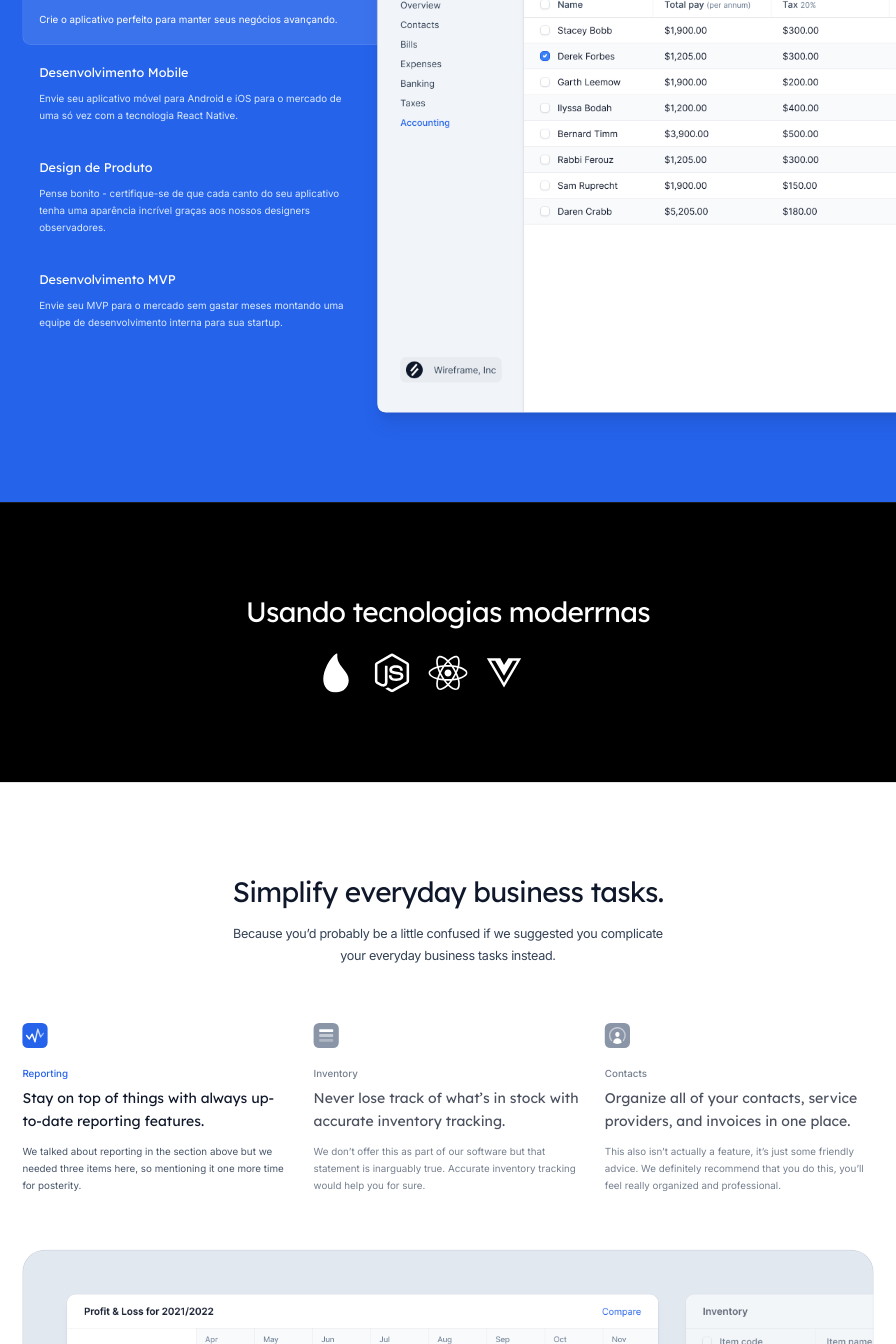
Repository: LuisSempre/imaginative
Page: /
The author's editor kept a copy of each file at every save. The page is drawn from the files as they stood at one save, then again after the next save.
The browser window is 1280 px wide. The pictures show the part of the page from y = 2346 to 4266 px (the page is 10318 px tall), at 70% of full size.
The project was rebuilt for these pictures with package versions that can differ from the ones it lists, and the page was loaded fresh each time. The framework's server and built-in components were replaced by stand-ins that run in the browser. Also part of the build but not shown: next.config.js.

Above is the page before, as saved 2022-07-15 11:58:24.

### src/pages/index.jsx
import Head from 'next/head'

import { CallToAction } from '@/components/CallToAction'
import { Faqs } from '@/components/Faqs'
import { Footer } from '@/components/Footer'
import { Header } from '@/components/Header'
import { Hero } from '@/components/Hero'
import { Contact } from '@/components/Contact'
import { PrimaryFeatures } from '@/components/PrimaryFeatures'
import { SecondaryFeatures } from '@/components/SecondaryFeatures'
import { Testimonials } from '@/components/Testimonials'
import { Tecnology } from '@/components/Tecnology'

export default function Home() {
  return (
    <>
      <Head>
        <title>TaxPal - Accounting made simple for small businesses</title>
        <meta
          name="description"
          content="Most bookkeeping software is accurate, but hard to use. We make the opposite trade-off, and hope you don’t get audited."
        />
      </Head>
      <Header />
      <main>
        <Hero />
        <PrimaryFeatures />
        <Tecnology />
        <SecondaryFeatures />
        <CallToAction />
        <Testimonials />
        <Contact />
        <Faqs />
      </main>
      <Footer />
    </>
  )
}

### src/components/CallToAction.jsx
import Image from 'next/future/image'

import { Button } from '@/components/Button'
import { Container } from '@/components/Container'
import backgroundImage from '@/images/background-call-to-action.jpg'

export function CallToAction() {
  return (
    <section
      id="get-started-today"
      className="relative overflow-hidden bg-blue-600 py-32"
    >
      <Image
        className="absolute top-1/2 left-1/2 max-w-none -translate-x-1/2 -translate-y-1/2"
        src={backgroundImage}
        alt=""
        width={2347}
        height={1244}
        unoptimized
      />
      <Container className="relative">
        <div className="mx-auto max-w-lg text-center">
          <h2 className="font-display text-3xl tracking-tight text-white sm:text-4xl">
            Get started today
          </h2>
          <p className="mt-4 text-lg tracking-tight text-white">
            It’s time to take control of your books. Buy our software so you can
            feel like you’re doing something productive.
          </p>
          <Button href="/register" color="white" className="mt-10">
            Get 6 months free
          </Button>
        </div>
      </Container>
    </section>
  )
}

### src/components/Faqs.jsx
import Image from 'next/future/image'

import { Container } from '@/components/Container'
import backgroundImage from '@/images/background-faqs.jpg'

const faqs = [
  [
    {
      question: 'Does TaxPal handle VAT?',
      answer:
        'Well no, but if you move your company offshore you can probably ignore it.',
    },
    {
      question: 'Can I pay for my subscription via purchase order?',
      answer: 'Absolutely, we are happy to take your money in all forms.',
    },
    {
      question: 'How do I apply for a job at TaxPal?',
      answer:
        'We only hire our customers, so subscribe for a minimum of 6 months and then let’s talk.',
    },
  ],
  [
    {
      question: 'What was that testimonial about tax fraud all about?',
      answer:
        'TaxPal is just a software application, ultimately your books are your responsibility.',
    },
    {
      question:
        'TaxPal sounds horrible but why do I still feel compelled to purchase?',
      answer:
        'This is the power of excellent visual design. You just can’t resist it, no matter how poorly it actually functions.',
    },
    {
      question:
        'I found other companies called TaxPal, are you sure you can use this name?',
      answer:
        'Honestly not sure at all. We haven’t actually incorporated or anything, we just thought it sounded cool and made this website.',
    },
  ],
  [
    {
      question: 'How do you generate reports?',
      answer:
        'You just tell us what data you need a report for, and we get our kids to create beautiful charts for you using only the finest crayons.',
    },
    {
      question: 'Can we expect more inventory features?',
      answer: 'In life it’s really better to never expect anything at all.',
    },
    {
      question: 'I lost my password, how do I get into my account?',
      answer:
        'Send us an email and we will send you a copy of our latest password spreadsheet so you can find your information.',
    },
  ],
]

export function Faqs() {
  return (
    <section
      id="faq"
      aria-labelledby="faq-title"
      className="relative overflow-hidden bg-slate-50 py-20 sm:py-32"
    >
      <Image
        className="absolute top-0 left-1/2 max-w-none translate-x-[-30%] -translate-y-1/4"
        src={backgroundImage}
        alt=""
        width={1558}
        height={946}
        unoptimized
      />
      <Container className="relative">
        <div className="mx-auto max-w-2xl lg:mx-0">
          <h2
            id="faq-title"
            className="font-display text-3xl tracking-tight text-slate-900 sm:text-4xl"
          >
            Frequently asked questions
          </h2>
          <p className="mt-4 text-lg tracking-tight text-slate-700">
            If you can’t find what you’re looking for, email our support team
            and if you’re lucky someone will get back to you.
          </p>
        </div>
        <ul
          role="list"
          className="mx-auto mt-16 grid max-w-2xl grid-cols-1 gap-8 lg:max-w-none lg:grid-cols-3"
        >
          {faqs.map((column, columnIndex) => (
            <li key={columnIndex}>
              <ul role="list" className="flex flex-col gap-y-8">
                {column.map((faq, faqIndex) => (
                  <li key={faqIndex}>
                    <h3 className="font-display text-lg leading-7 text-slate-900">
                      {faq.question}
                    </h3>
                    <p className="mt-4 text-sm text-slate-700">{faq.answer}</p>
                  </li>
                ))}
              </ul>
            </li>
          ))}
        </ul>
      </Container>
    </section>
  )
}

### src/components/Footer.jsx
import Link from 'next/link'

import { Container } from '@/components/Container'
import { Logo } from '@/components/Logo'
import { NavLink } from '@/components/NavLink'

export function Footer() {
  return (
    <footer className="bg-slate-50">
      <Container>
        <div className="py-16">
          <Logo className="mx-auto h-10 w-auto" />
          <nav className="mt-10 text-sm" aria-label="quick links">
            <div className="-my-1 flex justify-center gap-x-6">
              <NavLink href="#features">Features</NavLink>
              <NavLink href="#testimonials">Testimonials</NavLink>
              <NavLink href="#pricing">Pricing</NavLink>
            </div>
          </nav>
        </div>
        <div className="flex flex-col items-center border-t border-slate-400/10 py-10 sm:flex-row-reverse sm:justify-between">
          <div className="flex gap-x-6">
            <Link
              href="https://twitter.com"
              className="group"
              aria-label="TaxPal on Twitter"
            >
              <svg
                aria-hidden="true"
                className="h-6 w-6 fill-slate-500 group-hover:fill-slate-700"
              >
                <path d="M8.29 20.251c7.547 0 11.675-6.253 11.675-11.675 0-.178 0-.355-.012-.53A8.348 8.348 0 0 0 22 5.92a8.19 8.19 0 0 1-2.357.646 4.118 4.118 0 0 0 1.804-2.27 8.224 8.224 0 0 1-2.605.996 4.107 4.107 0 0 0-6.993 3.743 11.65 11.65 0 0 1-8.457-4.287 4.106 4.106 0 0 0 1.27 5.477A4.073 4.073 0 0 1 2.8 9.713v.052a4.105 4.105 0 0 0 3.292 4.022 4.093 4.093 0 0 1-1.853.07 4.108 4.108 0 0 0 3.834 2.85A8.233 8.233 0 0 1 2 18.407a11.615 11.615 0 0 0 6.29 1.84" />
              </svg>
            </Link>
            <Link
              href="https://github.com"
              className="group"
              aria-label="TaxPal on GitHub"
            >
              <svg
                aria-hidden="true"
                className="h-6 w-6 fill-slate-500 group-hover:fill-slate-700"
              >
                <path d="M12 2C6.477 2 2 6.484 2 12.017c0 4.425 2.865 8.18 6.839 9.504.5.092.682-.217.682-.483 0-.237-.008-.868-.013-1.703-2.782.605-3.369-1.343-3.369-1.343-.454-1.158-1.11-1.466-1.11-1.466-.908-.62.069-.608.069-.608 1.003.07 1.531 1.032 1.531 1.032.892 1.53 2.341 1.088 2.91.832.092-.647.35-1.088.636-1.338-2.22-.253-4.555-1.113-4.555-4.951 0-1.093.39-1.988 1.029-2.688-.103-.253-.446-1.272.098-2.65 0 0 .84-.27 2.75 1.026A9.564 9.564 0 0 1 12 6.844a9.59 9.59 0 0 1 2.504.337c1.909-1.296 2.747-1.027 2.747-1.027.546 1.379.202 2.398.1 2.651.64.7 1.028 1.595 1.028 2.688 0 3.848-2.339 4.695-4.566 4.943.359.309.678.92.678 1.855 0 1.338-.012 2.419-.012 2.747 0 .268.18.58.688.482A10.02 10.02 0 0 0 22 12.017C22 6.484 17.522 2 12 2Z" />
              </svg>
            </Link>
          </div>
          <p className="mt-6 text-sm text-slate-500 sm:mt-0">
            Copyright &copy; {new Date().getFullYear()} TaxPal. All rights
            reserved.
          </p>
        </div>
      </Container>
    </footer>
  )
}

### src/components/Header.jsx
import { Fragment } from 'react'
import Link from 'next/link'
import { Popover, Transition } from '@headlessui/react'
import clsx from 'clsx'
import { Container } from '@/components/Container'
import { Logo } from '@/components/Logo'
import { NavLink } from '@/components/NavLink'

function MobileNavLink({ href, children }) {
  return (
    <Popover.Button as={Link} href={href} className="block w-full p-2">
      {children}
    </Popover.Button>
  )
}

function MobileNavIcon({ open }) {
  return (
    <svg
      aria-hidden="true"
      className="h-3.5 w-3.5 overflow-visible stroke-slate-700"
      fill="none"
      strokeWidth={2}
      strokeLinecap="round"
    >
      <path
        d="M0 1H14M0 7H14M0 13H14"
        className={clsx(
          'origin-center transition',
          open && 'scale-90 opacity-0'
        )}
      />
      <path
        d="M2 2L12 12M12 2L2 12"
        className={clsx(
          'origin-center transition',
          !open && 'scale-90 opacity-0'
        )}
      />
    </svg>
  )
}

function MobileNavigation() {
  return (
    <Popover>
      <Popover.Button
        className="relative z-10 flex h-8 w-8 items-center justify-center [&:not(:focus-visible)]:focus:outline-none"
        aria-label="Toggle Navigation"
      >
        {({ open }) => <MobileNavIcon open={open} />}
      </Popover.Button>
      <Transition.Root>
        <Transition.Child
          as={Fragment}
          enter="duration-150 ease-out"
          enterFrom="opacity-0"
          enterTo="opacity-100"
          leave="duration-150 ease-in"
          leaveFrom="opacity-100"
          leaveTo="opacity-0"
        >
          <Popover.Overlay className="fixed inset-0 bg-slate-300/50" />
        </Transition.Child>
        <Transition.Child
          as={Fragment}
          enter="duration-150 ease-out"
          enterFrom="opacity-0 scale-95"
          enterTo="opacity-100 scale-100"
          leave="duration-100 ease-in"
          leaveFrom="opacity-100 scale-100"
          leaveTo="opacity-0 scale-95"
        >
          <Popover.Panel
            as="div"
            className="absolute inset-x-0 flex flex-col p-4 mt-4 text-lg tracking-tight origin-top bg-white shadow-xl top-full rounded-2xl text-slate-900 ring-1 ring-slate-900/5"
          >
            <MobileNavLink href="#services">Serviços</MobileNavLink>
            <MobileNavLink href="#portifolio">Portfólio</MobileNavLink>
            <MobileNavLink href="#sobre">Sobre</MobileNavLink>
          </Popover.Panel>
        </Transition.Child>
      </Transition.Root>
    </Popover>
  )
}

export function Header() {
  return (
    <header className="py-10">
      <Container>
        <nav className="relative z-50 flex justify-between">
          <div className="flex items-center md:gap-x-12">
            <Link href="#" aria-label="Home">
              <Logo className="w-auto h-10" />
            </Link>
          </div>
          <div className="flex items-center gap-x-5 md:gap-x-8">
            <div className="hidden md:flex">
              <NavLink href="#services">Serviços</NavLink>
              <NavLink href="#portifolio">Portfólio</NavLink>
              <NavLink href="#sobre">Sobre</NavLink>
            </div>
            <div className="-mr-1 md:hidden">
              <MobileNavigation />
            </div>
          </div>
        </nav>
      </Container>
    </header>
  )
}

### src/components/Hero.jsx
import Image from 'next/future/image'

import { Button } from '@/components/Button'
import { Container } from '@/components/Container'
import logoLaravel from '@/images/logos/laravel.svg'
import logoMirage from '@/images/logos/mirage.svg'
import logoStatamic from '@/images/logos/statamic.svg'
import logoStaticKit from '@/images/logos/statickit.svg'
import logoTransistor from '@/images/logos/transistor.svg'
import logoTuple from '@/images/logos/tuple.svg'

export function Hero() {
  return (
    <Container className="pt-20 pb-16 text-center lg:pt-32">
      <h1 className="max-w-4xl mx-auto text-5xl font-medium tracking-tight font-display text-slate-900 sm:text-7xl">
        Construindo{' '}
        <span className="relative text-blue-500 whitespace-nowrap">
          <svg
            aria-hidden="true"
            viewBox="0 0 418 42"
            className="absolute top-2/3 left-0 h-[0.58em] w-full fill-blue-300/70"
            preserveAspectRatio="none"
          >
            <path d="M203.371.916c-26.013-2.078-76.686 1.963-124.73 9.946L67.3 12.749C35.421 18.062 18.2 21.766 6.004 25.934 1.244 27.561.828 27.778.874 28.61c.07 1.214.828 1.121 9.595-1.176 9.072-2.377 17.15-3.92 39.246-7.496C123.565 7.986 157.869 4.492 195.942 5.046c7.461.108 19.25 1.696 19.17 2.582-.107 1.183-7.874 4.31-25.75 10.366-21.992 7.45-35.43 12.534-36.701 13.884-2.173 2.308-.202 4.407 4.442 4.734 2.654.187 3.263.157 15.593-.78 35.401-2.686 57.944-3.488 88.365-3.143 46.327.526 75.721 2.23 130.788 7.584 19.787 1.924 20.814 1.98 24.557 1.332l.066-.011c1.201-.203 1.53-1.825.399-2.335-2.911-1.31-4.893-1.604-22.048-3.261-57.509-5.556-87.871-7.36-132.059-7.842-23.239-.254-33.617-.116-50.627.674-11.629.54-42.371 2.494-46.696 2.967-2.359.259 8.133-3.625 26.504-9.81 23.239-7.825 27.934-10.149 28.304-14.005.417-4.348-3.529-6-16.878-7.066Z" />
          </svg>
          <span className="relative">software inovador</span>
        </span>{' '}
        para você crescer.
      </h1>
      <p className="max-w-2xl mx-auto mt-6 text-xl tracking-tight text-slate-700">
        Desenvolvimento de aplicativos web e mobile
      </p>
      <div className="flex justify-center mt-10 gap-x-6">
        <Button className="px-12 py-4 text-xl" href="#contato">
          Entre em contato
        </Button>
      </div>
      <div className="mt-36 lg:mt-44">
        <p className="text-base font-display text-slate-900">
         Confiado por empresas inovadoras
        </p>
        <ul
          role="list"
          className="flex items-center justify-center mt-8 gap-x-8 sm:flex-col sm:gap-x-0 sm:gap-y-10 xl:flex-row xl:gap-x-12 xl:gap-y-0"
        >
          {[
            [
              { name: 'Transistor', logo: logoTransistor },
              { name: 'Tuple', logo: logoTuple },
              { name: 'StaticKit', logo: logoStaticKit },
            ],
            [
              { name: 'Mirage', logo: logoMirage },
              { name: 'Laravel', logo: logoLaravel },
              { name: 'Statamic', logo: logoStatamic },
            ],
          ].map((group, groupIndex) => (
            <li key={groupIndex}>
              <ul
                role="list"
                className="flex flex-col items-center gap-y-8 sm:flex-row sm:gap-x-12 sm:gap-y-0"
              >
                {group.map((company) => (
                  <li key={company.name} className="flex">
                    <Image src={company.logo} alt={company.name} unoptimized />
                  </li>
                ))}
              </ul>
            </li>
          ))}
        </ul>
      </div>
    </Container>
  )
}

### src/components/Tecnology.jsx
import { Container } from '@/components/Container'
import { FaReact, FaVuejs, FaNodeJs } from 'react-icons/fa'
import { SiElixir, SiTypescript } from 'react-icons/si'

export function Tecnology() {
  return (
    <section
      id="get-started-today"
      className="relative py-32 overflow-hidden bg-black"
    >
      <Container className="relative">
        <div className="w-full mx-auto text-center">
          <h2 className="text-3xl tracking-tight text-white font-display sm:text-4xl">
            Usando tecnologias moderrnas
          </h2>
          <div className="flex justify-center mt-8 space-x-6">
            <SiElixir className="fill-white h-14 w-14" />
            <FaNodeJs className="fill-white h-14 w-14" />
            <FaReact className="fill-white h-14 w-14" />
            <FaVuejs className="fill-white h-14 w-14" />
            <SiTypescript className="h-14 w-14" />
          </div>
        </div>
      </Container>
    </section>
  )
}

### src/components/Button.jsx
import Link from 'next/link'
import clsx from 'clsx'

const baseStyles = {
  solid:
    'group inline-flex items-center justify-center rounded-full py-2 px-4 text-sm font-semibold focus:outline-none focus-visible:outline-2 focus-visible:outline-offset-2',
  outline:
    'group inline-flex ring-1 items-center justify-center rounded-full py-2 px-4 text-sm focus:outline-none',
}

const variantStyles = {
  solid: {
    slate:
      'bg-slate-900 text-white hover:bg-slate-700 hover:text-slate-100 active:bg-slate-800 active:text-slate-300 focus-visible:outline-slate-900',
    blue: 'bg-blue-600 text-white hover:text-slate-100 hover:bg-blue-500 active:bg-blue-800 active:text-blue-100 focus-visible:outline-blue-600',
    white:
      'bg-white text-slate-900 hover:bg-blue-50 active:bg-blue-200 active:text-slate-600 focus-visible:outline-white',
  },
  outline: {
    slate:
      'ring-slate-200 text-slate-700 hover:text-slate-900 hover:ring-slate-300 active:bg-slate-100 active:text-slate-600 focus-visible:outline-blue-600 focus-visible:ring-slate-300',
    white:
      'ring-slate-700 text-white hover:ring-slate-500 active:ring-slate-700 active:text-slate-400 focus-visible:outline-white',
  },
}

export function Button({
  variant = 'solid',
  color = 'slate',
  className,
  href,
  ...props
}) {
  className = clsx(
    baseStyles[variant],
    variantStyles[variant][color],
    className
  )

  return href ? (
    <Link href={href} className={className} {...props} />
  ) : (
    <button className={className} {...props} />
  )
}

### src/components/Logo.jsx
import Image from 'next/image'
import logo from '../images/logos/logo.png'
export function Logo(props) {
  return <Image src={logo}  width={200}  height={32} alt="Picture of the author" />
}

Loaded but not shown: src/pages/_app.jsx (common file); src/pages/_document.jsx (common file); src/styles/tailwind.css (common file); src/components/Container.jsx (common file); src/components/NavLink.jsx (common file); tailwind.config.js (common file); src/components/Contact.jsx (187 lines, source omitted); src/components/SecondaryFeatures.jsx (231 lines, source omitted); src/components/Testimonials.jsx (144 lines, source omitted); src/components/PrimaryFeatures.jsx (157 lines, source omitted)

After the next save:
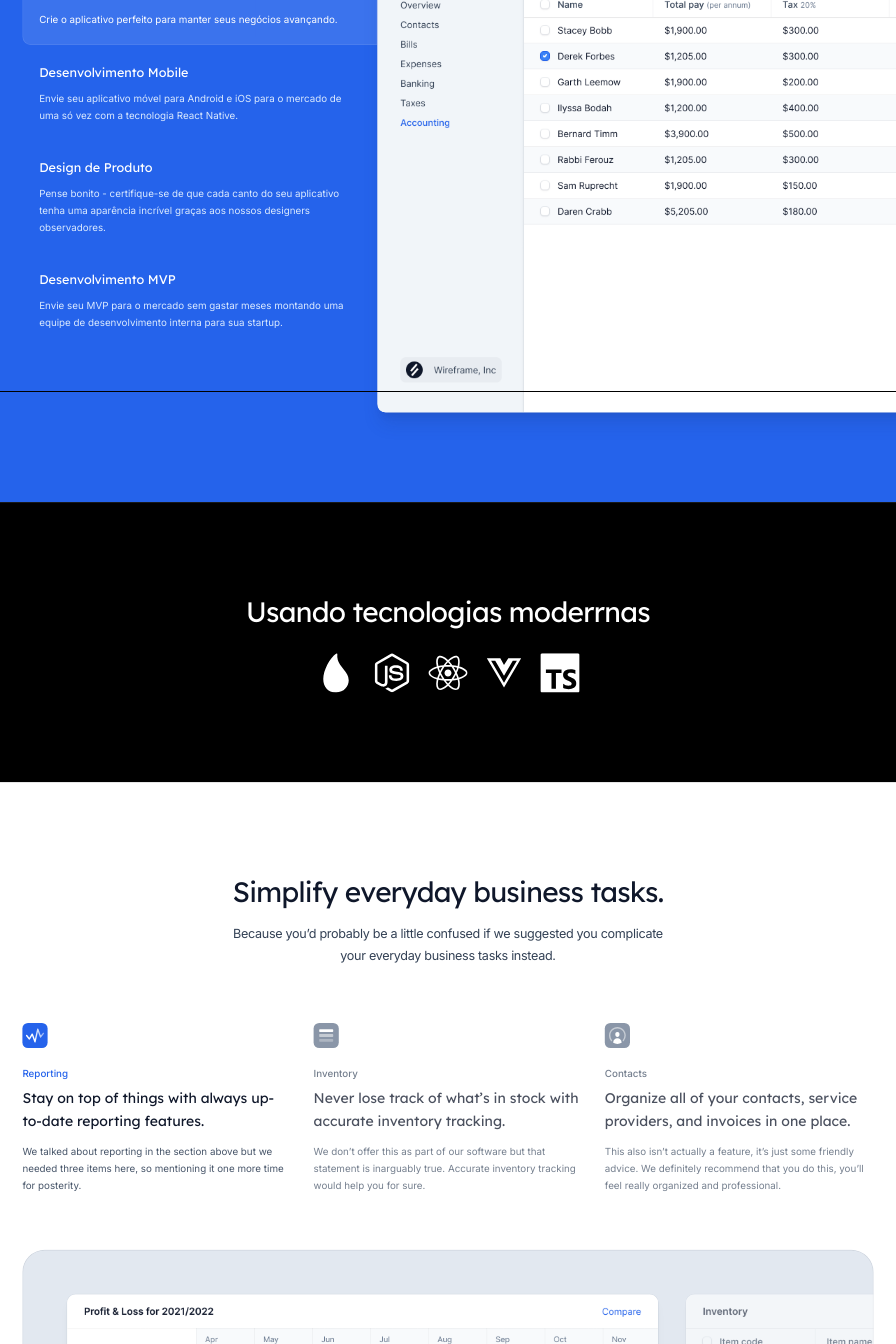
Saved 6 s later.
--- a/src/components/Tecnology.jsx
+++ b/src/components/Tecnology.jsx
@@ -18,7 +18,7 @@
             <FaNodeJs className="fill-white h-14 w-14" />
             <FaReact className="fill-white h-14 w-14" />
             <FaVuejs className="fill-white h-14 w-14" />
-            <SiTypescript className="h-14 w-14" />
+            <SiTypescript className="fill-white h-14 w-14" />
           </div>
         </div>
       </Container>
